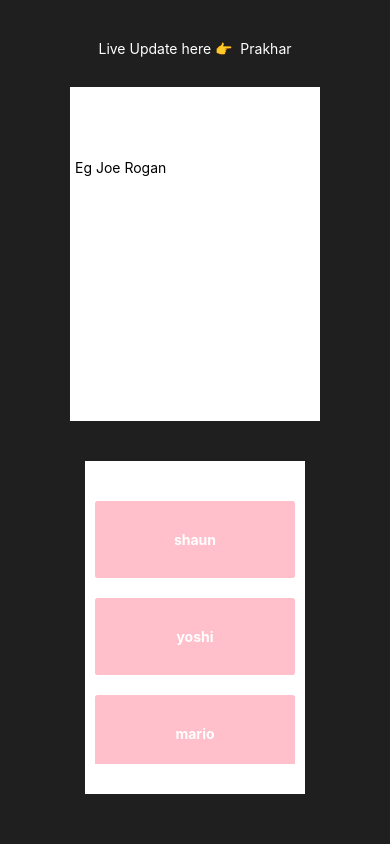
Repository: PrakharGupta36/TodoApp-React-Native
Screen: /
These files come from the project's save history. The screen is drawn as it stood at one moment and after a run of saves; the edit follows.
The app was drawn by React Native's web renderer in a window 390 px wide. The project was rebuilt for these pictures with package versions that can differ from the ones it lists, and the page was loaded fresh each time.

Above is the screen before, as saved 2022-03-16 12:11:40.

After the next 3 saves:
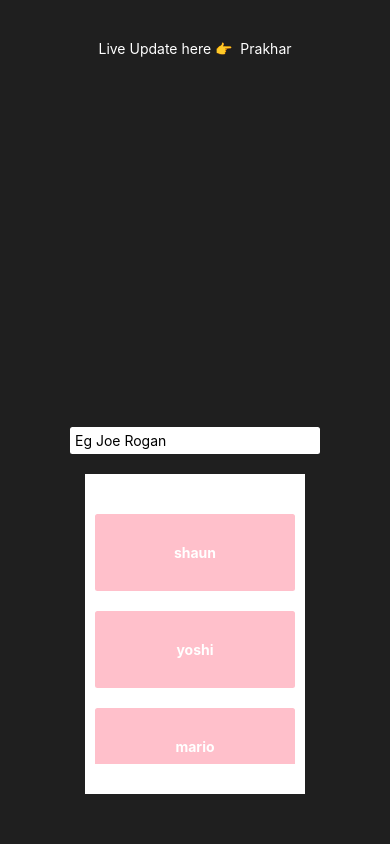
The 3 saves are shown as one change because they came seconds apart.
The last was saved 11 s later.
--- a/App.js
+++ b/App.js
@@ -27,13 +27,13 @@
       <Text style={styles.textWhite}> Live Update here 👉 {name} </Text>
 
       <View style={styles.buttonContainer}>
-        <Text style={styles.textWhite}> Enter Name: </Text>
-        <TextInput
-          style={styles.input}
-          placeholder='Eg Joe Rogan'
-          onChangeText={(e) => setName(e)}
-        />
+
       </View>
+      <TextInput
+        style={styles.input}
+        placeholder='Eg Joe Rogan'
+        onChangeText={(e) => setName(e)}
+      />
       <View style={styles.buttonContainer}>
         <FlatList
           data={people}
